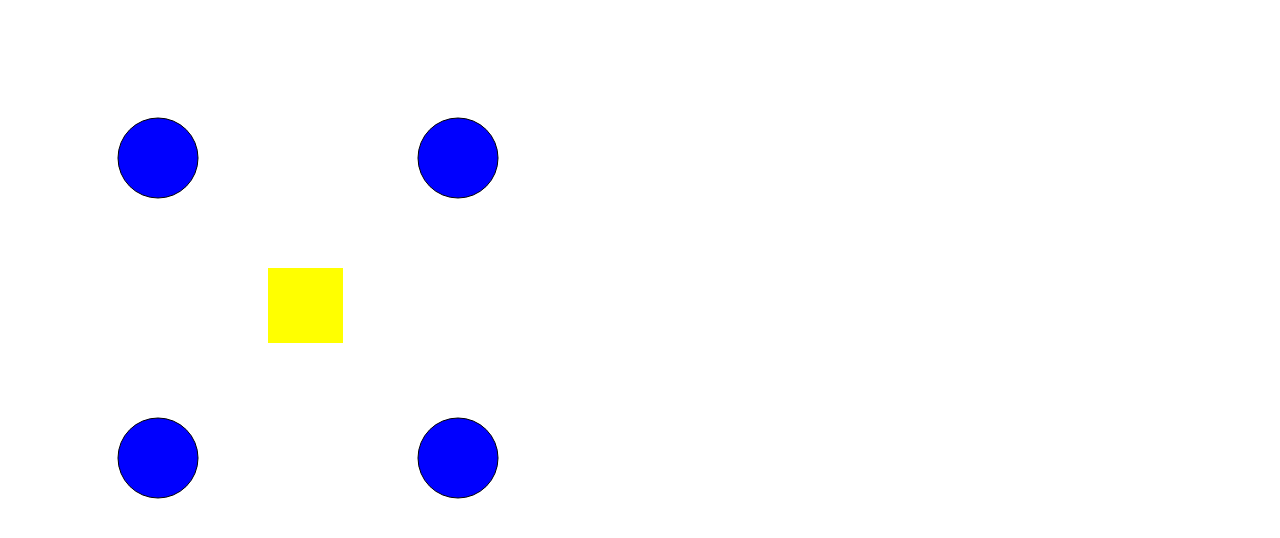
Repository: facio313/Python
Page: HELLO_PYTHON/day17/templates/canvas.html
These files come from the project's save history. The page is drawn as it stood at one moment and after the next save; the edit follows.
The browser window is 1280 px wide. The pictures show the whole page.

Above is the page before, as saved 2022-12-15 10:47:59.

After the next save:
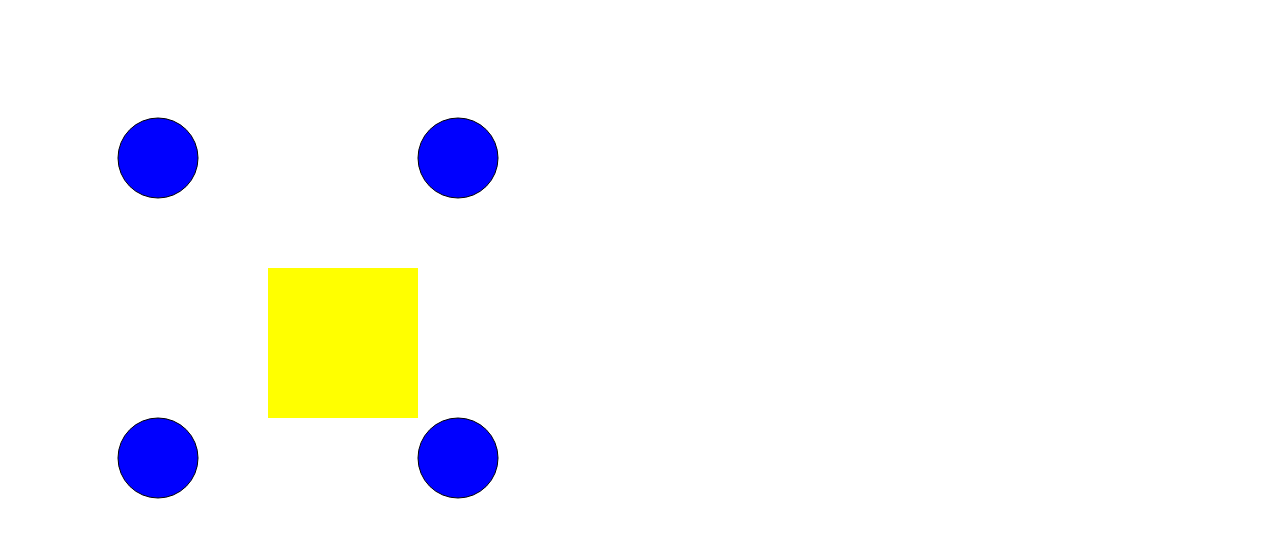
Saved 21 s later.
--- a/HELLO_PYTHON/day17/templates/canvas.html
+++ b/HELLO_PYTHON/day17/templates/canvas.html
@@ -35,7 +35,7 @@ function loader(){
 	ctx.stroke();
 
 	ctx.fillStyle = "rgba(255, 255, 0, 1)";
-	ctx.fillRect (260, 260, 75, 75);
+	ctx.fillRect (260, 260, 150, 150);
 }
 </script>
 
